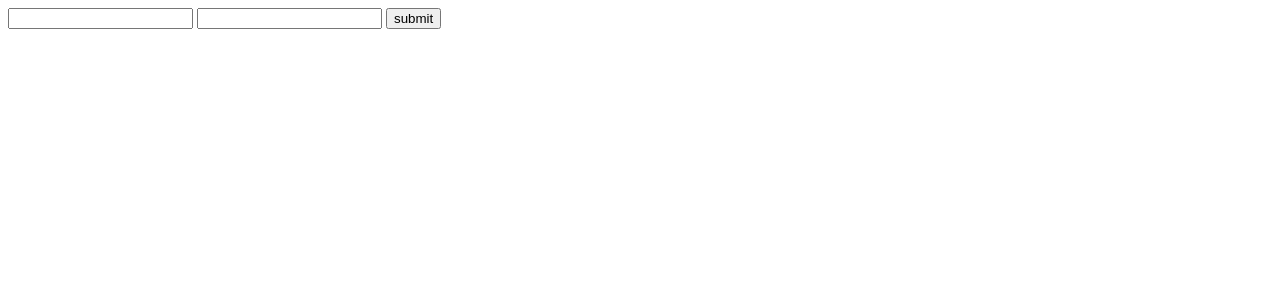
Repository: pratapdigvijay/puneet
Page: workspace/UserModule/WebContent/signup.html
These files come from the project's save history. The page is drawn as it stood at one moment and after the next save; the edit follows.
The browser window is 1280 px wide. The pictures show the whole page.

Above is the page before, as saved 2016-05-20 09:36:16.

### workspace/UserModule/WebContent/signup.html
<!DOCTYPE html>
<html>
<head>
<meta charset="ISO-8859-1">
<title>Insert title here</title>
</head>
<body>

<form action="AuthenticateServlet" method="POST">
	<input type=email name=email>
	<input type=password name=pwd>
	<input type=submit value=submit />
</form>

</body>
</html>

After the next save:
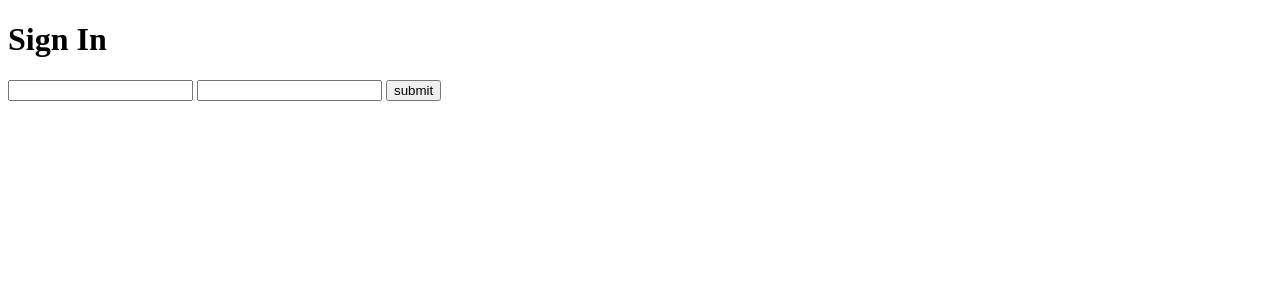
Saved 7 s later.
--- a/workspace/UserModule/WebContent/signup.html
+++ b/workspace/UserModule/WebContent/signup.html
@@ -5,7 +5,7 @@
 <title>Insert title here</title>
 </head>
 <body>
-
+<h1>Sign In</h1>
 <form action="AuthenticateServlet" method="POST">
 	<input type=email name=email>
 	<input type=password name=pwd>
